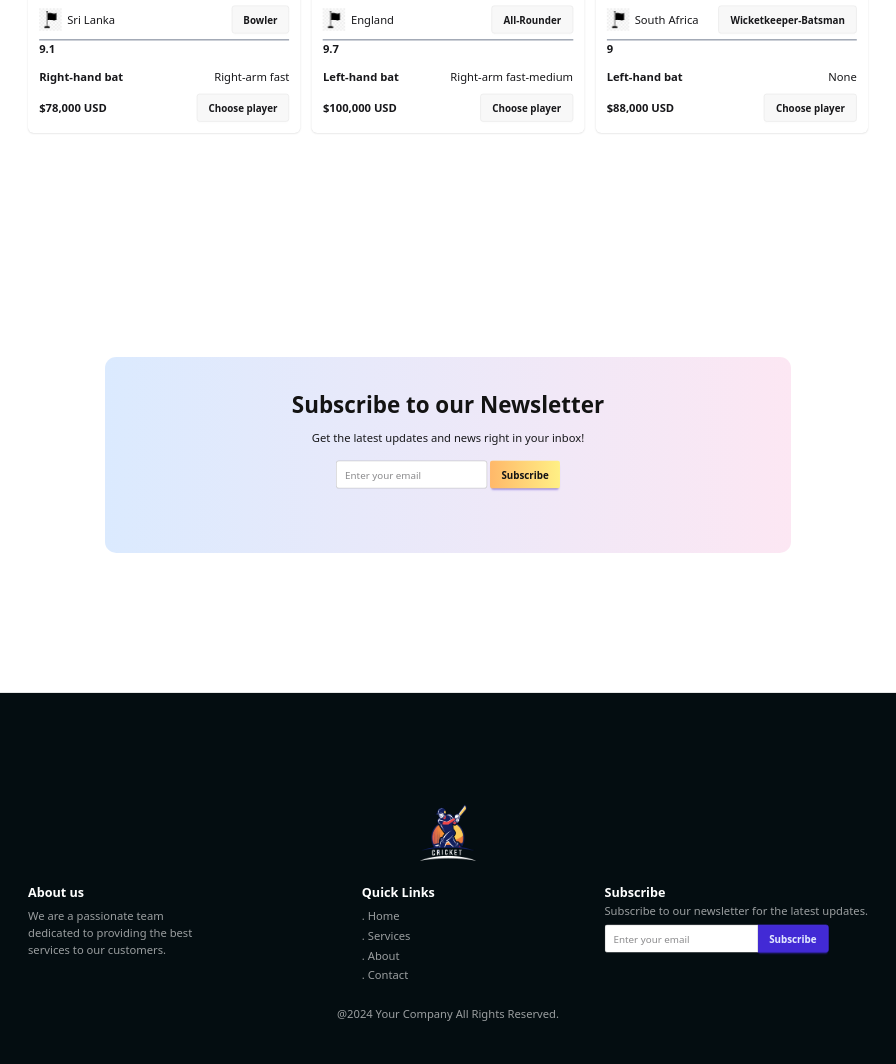
Repository: SanjidaSnigdha/Select-your-eleven
Page: /
These files come from the project's save history. The page is drawn as it stood at one moment and after the next save; the edit follows.
The browser window is 1280 px wide. The pictures show the part of the page from y = 2887 to 4807 px (the page is 4407 px tall before and 4807 px after), at 70% of full size.
The project was rebuilt for these pictures with package versions that can differ from the ones it lists, and the page was loaded fresh each time. Also part of the build but not shown: vite.config.js, src/App.css, src/components/SelectedCard/SelectedCard.jsx, src/components/SelectedPlayers/SelectedPlayers.jsx.

Above is the page before, as saved 2026-03-23 02:52:08.

After the next save:
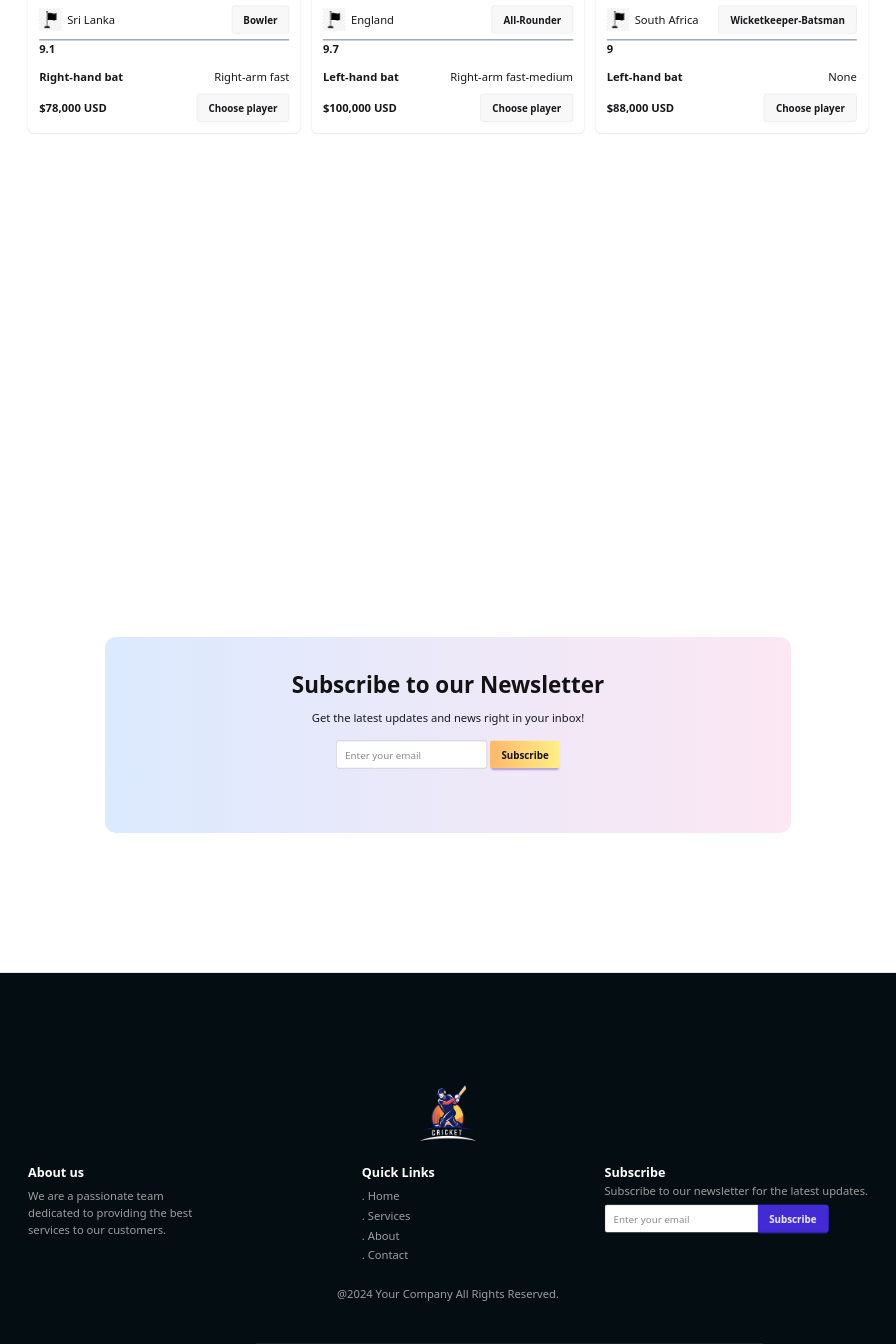
Saved 17 s later.
--- a/src/App.jsx
+++ b/src/App.jsx
@@ -56,7 +56,7 @@
 
       <ToastContainer></ToastContainer>
       <div className='relative'>
-        <div className='mt-80'>
+        <div className='mt-180'>
               <NewsLetter></NewsLetter>
               </div>
 
